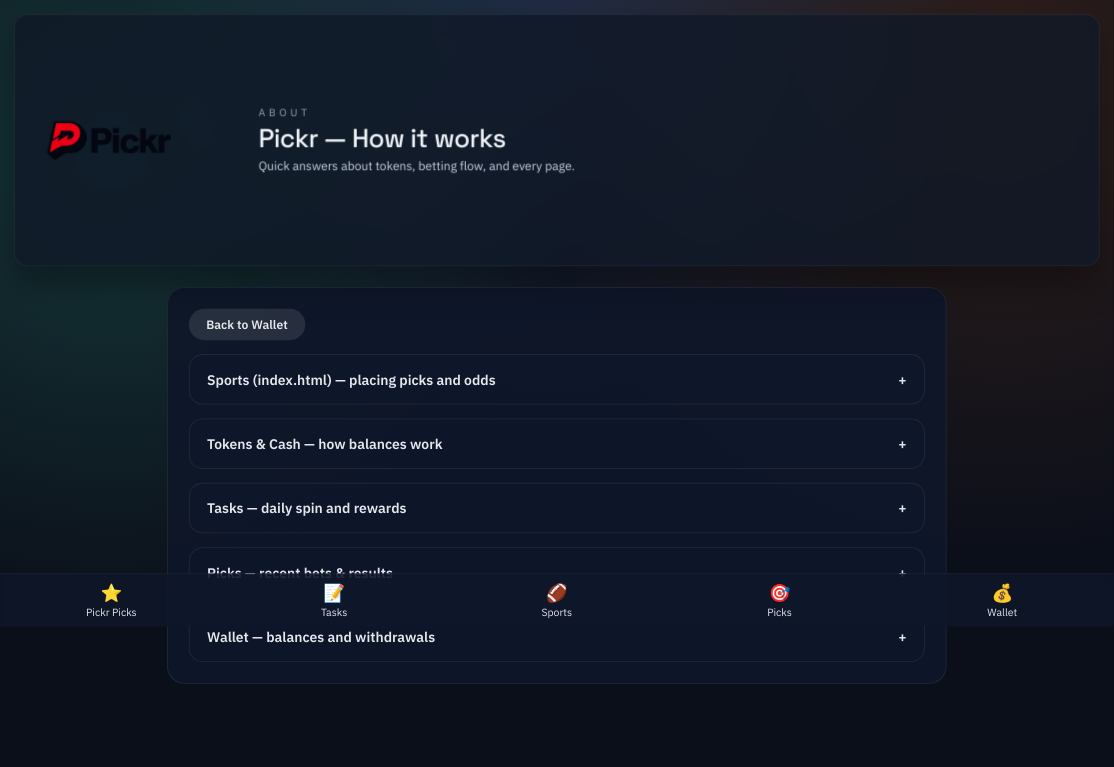
Repository: prav2004/therealdeal
Page: public/about.html
These files come from the project's save history. The page is drawn as it stood at one moment and after the next save; the edit follows.
The browser window is 1280 px wide. The pictures show the whole page, at 87% of full size.
Some web libraries are served in a nearby version.

Above is the page before, as saved 2026-02-15 14:57:34.

After the next save:
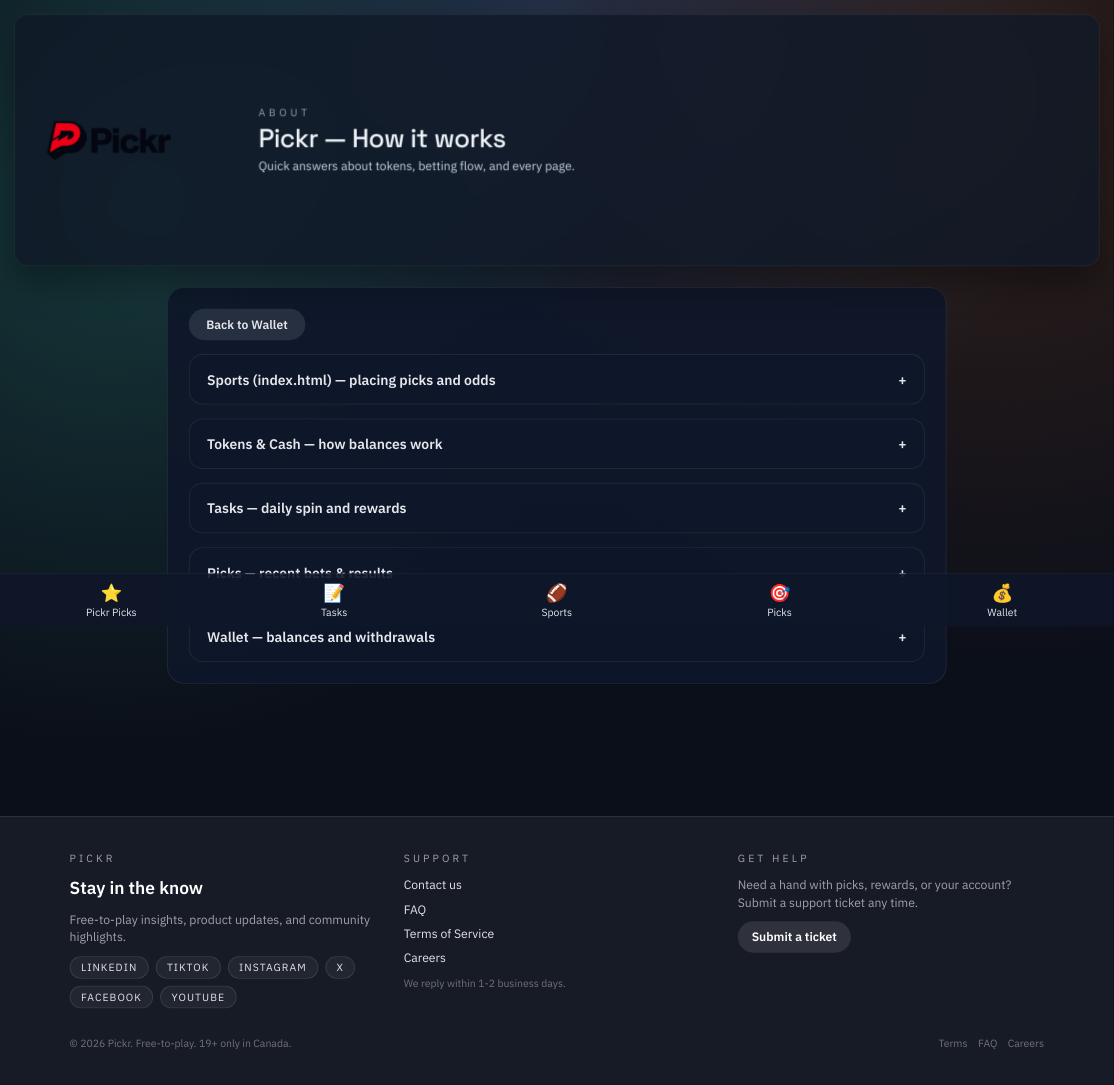
Saved 11 s later.
--- a/public/about.html
+++ b/public/about.html
@@ -173,5 +173,47 @@
         });
       });
     </script>
+    <footer class="mt-14 border-t border-white/10 bg-white/5">
+      <div class="mx-auto w-full max-w-6xl px-4 py-10">
+        <div class="grid gap-8 md:grid-cols-3">
+          <div class="space-y-3">
+            <div class="text-xs uppercase tracking-[0.3em] text-zinc-400">Pickr</div>
+            <div class="text-xl font-semibold text-white">Stay in the know</div>
+            <p class="text-sm text-zinc-400">Free-to-play insights, product updates, and community highlights.</p>
+            <div class="flex flex-wrap gap-2">
+              <a class="rounded-full border border-white/10 bg-white/5 px-3 py-1 text-xs uppercase tracking-widest text-zinc-200 hover:border-white/30 hover:text-white" href="https://www.linkedin.com" target="_blank" rel="noopener">LinkedIn</a>
+              <a class="rounded-full border border-white/10 bg-white/5 px-3 py-1 text-xs uppercase tracking-widest text-zinc-200 hover:border-white/30 hover:text-white" href="https://www.tiktok.com" target="_blank" rel="noopener">TikTok</a>
+              <a class="rounded-full border border-white/10 bg-white/5 px-3 py-1 text-xs uppercase tracking-widest text-zinc-200 hover:border-white/30 hover:text-white" href="https://www.instagram.com" target="_blank" rel="noopener">Instagram</a>
+              <a class="rounded-full border border-white/10 bg-white/5 px-3 py-1 text-xs uppercase tracking-widest text-zinc-200 hover:border-white/30 hover:text-white" href="https://x.com" target="_blank" rel="noopener">X</a>
+              <a class="rounded-full border border-white/10 bg-white/5 px-3 py-1 text-xs uppercase tracking-widest text-zinc-200 hover:border-white/30 hover:text-white" href="https://www.facebook.com" target="_blank" rel="noopener">Facebook</a>
+              <a class="rounded-full border border-white/10 bg-white/5 px-3 py-1 text-xs uppercase tracking-widest text-zinc-200 hover:border-white/30 hover:text-white" href="https://www.youtube.com" target="_blank" rel="noopener">YouTube</a>
+            </div>
+          </div>
+          <div class="space-y-3">
+            <div class="text-xs uppercase tracking-[0.3em] text-zinc-400">Support</div>
+            <div class="flex flex-col gap-2 text-sm">
+              <a class="text-zinc-200 hover:text-white" href="contact.html">Contact us</a>
+              <a class="text-zinc-200 hover:text-white" href="faq.html">FAQ</a>
+              <a class="text-zinc-200 hover:text-white" href="terms.html">Terms of Service</a>
+              <a class="text-zinc-200 hover:text-white" href="careers.html">Careers</a>
+            </div>
+            <div class="text-xs text-zinc-500">We reply within 1-2 business days.</div>
+          </div>
+          <div class="space-y-3">
+            <div class="text-xs uppercase tracking-[0.3em] text-zinc-400">Get help</div>
+            <p class="text-sm text-zinc-400">Need a hand with picks, rewards, or your account? Submit a support ticket any time.</p>
+            <a class="inline-flex items-center justify-center rounded-full bg-white/10 px-4 py-2 text-sm font-semibold text-white hover:bg-white/20" href="contact.html">Submit a ticket</a>
+          </div>
+        </div>
+        <div class="mt-8 flex flex-col gap-2 text-xs text-zinc-500 sm:flex-row sm:items-center sm:justify-between">
+          <div>© 2026 Pickr. Free-to-play. 19+ only in Canada.</div>
+          <div class="flex flex-wrap gap-3">
+            <a class="hover:text-zinc-200" href="terms.html">Terms</a>
+            <a class="hover:text-zinc-200" href="faq.html">FAQ</a>
+            <a class="hover:text-zinc-200" href="careers.html">Careers</a>
+          </div>
+        </div>
+      </div>
+    </footer>
   </body>
 </html>
